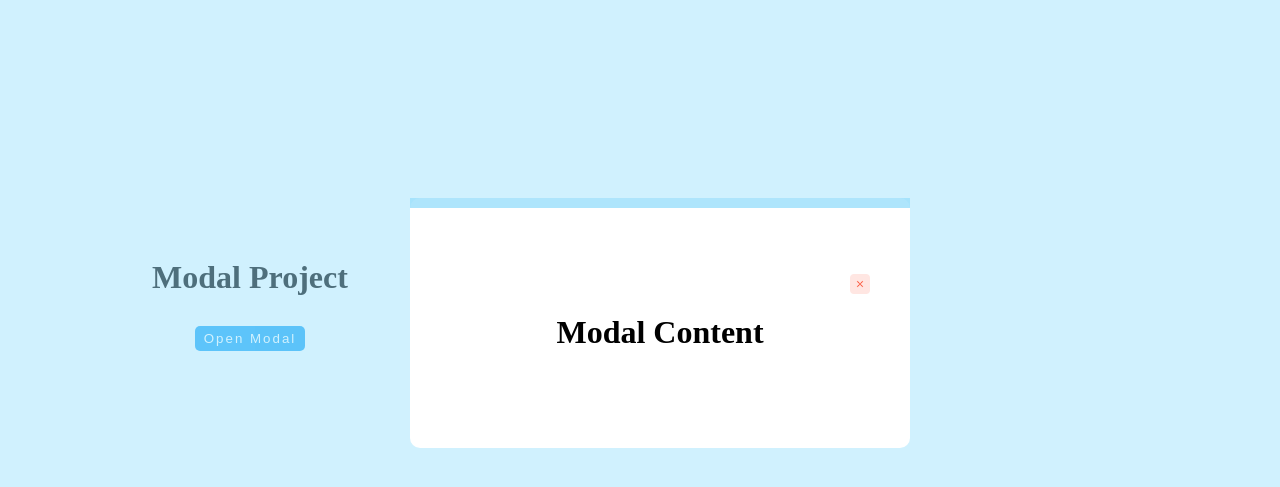
Repository: Trapti10/20-js-practice-projects-in-7-days-challenge
Page: Project_4_Modal_Project/index.html
The author's editor kept a copy of each file at every save. The page is drawn from the files as they stood at one save, then again after the next save.
The browser window is 1280 px wide. The pictures show the whole page.

Above is the page before, as saved 2025-11-24 14:03:35.

### Project_4_Modal_Project/index.html
<!DOCTYPE html>
<html lang="en">
<head>
    <meta charset="UTF-8">
    <meta name="viewport" content="width=device-width, initial-scale=1.0">
    <title>Modal Project</title>
    <link rel="stylesheet" href="style.css">
</head>
<body>
    <div class="hero">
     <div class="bg-img"  background-img>

    </div>
    <div class="card">
        <h1>Modal Project</h1>

        <button class="Open">
            Open Modal
        </button>
       </div>
       </div>
       <div class="modal-overlay">
        <div class="madal-container">
            <header></header>
            <img src="assests/close.png" alt="">
            <div class="modalContent">
                <h1>Modal Content</h1>
            </div>
            <footer></footer>
        </div>
       </div>
    <script src="script.js"></script>
</body>
</html>

### Project_4_Modal_Project/style.css
*{
    margin: 0;
    padding: 0;
}
.hero{
    place-items: center;
}
.bg-img{
    height: 100vh;
    background-position: center center;
    background-repeat: no-repeat;
    position: relative;
    background-size: max(2200px, 100vw);
    background-image: url("https://png.pngtree.com/thumb_back/fh260/background/20230714/pngtree-simplicity-in-blue-a-living-room-interior-design-with-decor-and-image_3888158.jpg");
    background-repeat: no-repeat;
    align-items: center;
    margin-top: 0;
    align-items: center;

}

.card{
    position: absolute;
    top: 25%;
    background: white;
    min-height: 250px;
    min-width: 500px;
    display: flex;
    justify-content: center;
    align-items:center ;
    flex-direction: column;
    border: none;
    border-radius: 10px;
    gap: 30px;
}

button{
    height: 25px;
    width: 110px;
    color: white;
    background: rgb(29, 166, 246);
    border: none;
    letter-spacing: 2px;
    border-radius: 5px;
    padding: 0 4px;
}

button:hover{
    background: transparent;
    color: black;
    border: 2px solid rgb(29, 166, 246);
}

.modal-overlay{
    background: rgba(159, 226, 252, 0.491);
    position: fixed;
    top: 0;
    left: 0;
    width: 100%;
    height: 100%;
    place-items:center;
    display: grid;
    transition: 400ms ease;
    padding: 35px 20px;
    /* visibility: visible; */
    /* z-index: -10; */
}

.madal-container{
    position: absolute;
    top: 25%;
    background: white;
    min-height: 250px;
    min-width: 500px;
    /* position: fixed; */
    display: flex;
    justify-content: center;
    align-items:center ;
    flex-direction: column;
    border: none;
    border-radius: 10px;
    gap: 20px;
}

.madal-container img{
    height: 20px;
    right: 0;
    margin-left: 400px ;
    margin-top: 0px;
}

header{
    position: absolute;
    top: 0px;
    height: 10px;
    width: 100%;
    background: rgba(159, 225, 252, 0.84);
}

Loaded but not shown: Project_4_Modal_Project/script.js (no stored copy; drawn as an empty file)

After the next save:
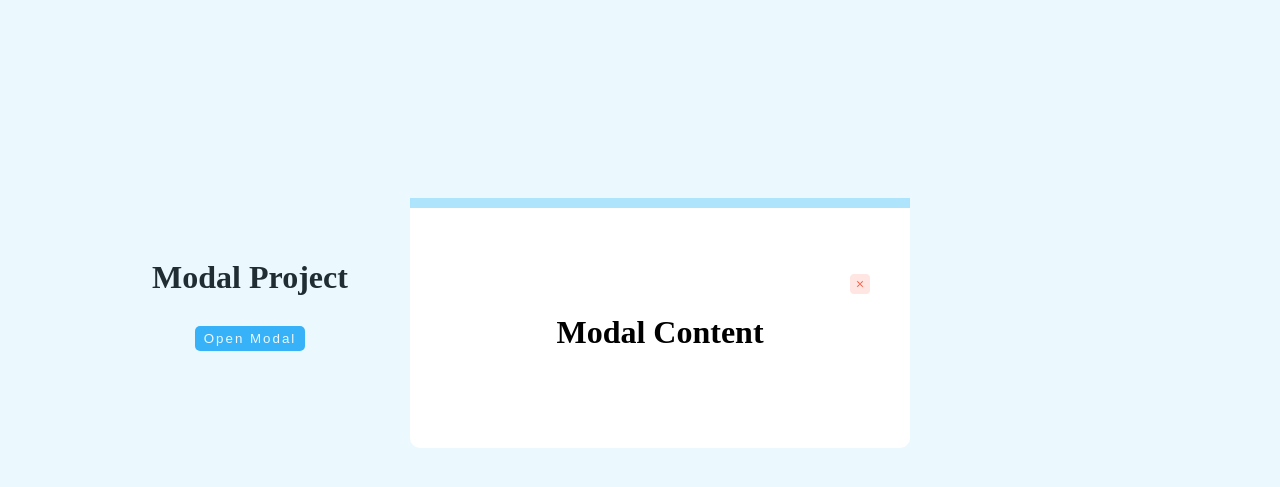
Saved 4 s later.
--- a/Project_4_Modal_Project/style.css
+++ b/Project_4_Modal_Project/style.css
@@ -52,7 +52,7 @@
 }
 
 .modal-overlay{
-    background: rgba(159, 226, 252, 0.491);
+    background: rgba(159, 226, 252, 0.203);
     position: fixed;
     top: 0;
     left: 0;

After the 2 saves that followed:
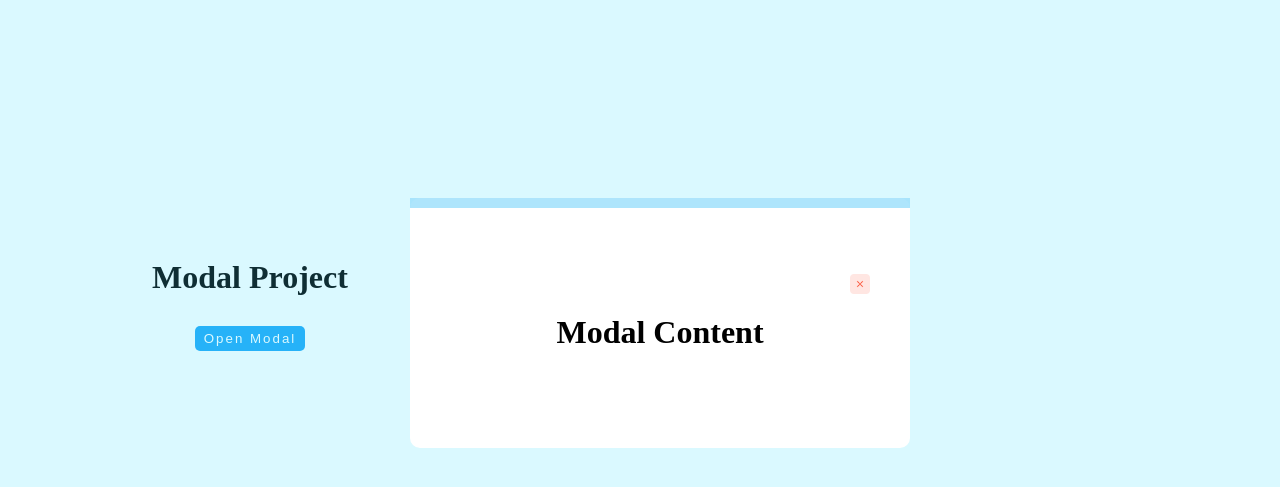
The 2 saves are shown as one change because they came seconds apart.
The last was saved 2 min 29 s later.
--- a/Project_4_Modal_Project/style.css
+++ b/Project_4_Modal_Project/style.css
@@ -52,7 +52,7 @@
 }
 
 .modal-overlay{
-    background: rgba(159, 226, 252, 0.203);
+    background: rgba(73, 226, 252, 0.203);
     position: fixed;
     top: 0;
     left: 0;
